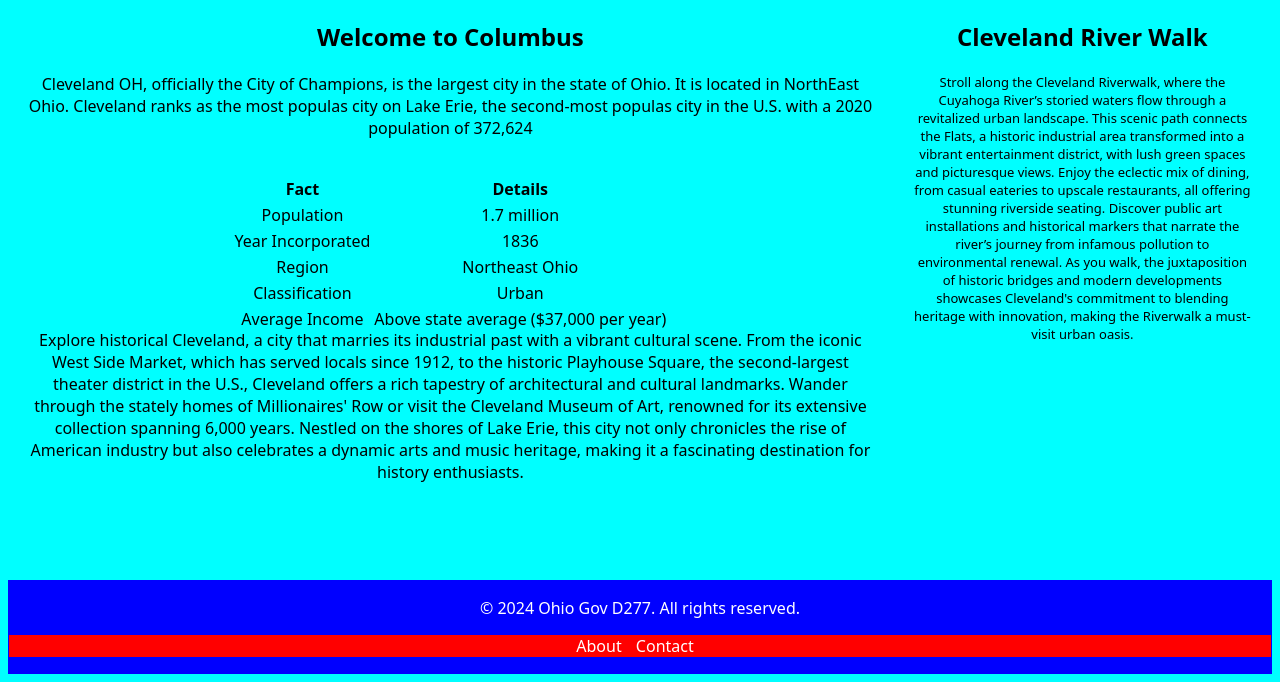
Repository: MikeeBuilds/FEWD-task1
Page: columbus.html
These files come from the project's save history. The page is drawn as it stood at one moment and after the next save; the edit follows.
The browser window is 1280 px wide. The pictures show the part of the page from y = 523 to 1205 px (the page is 1205 px tall).
A picture or video elsewhere on the page could not be fetched, so the positions and the page height are approximate.

Above is the page before, as saved 2024-07-02 16:48:46.

After the next save:
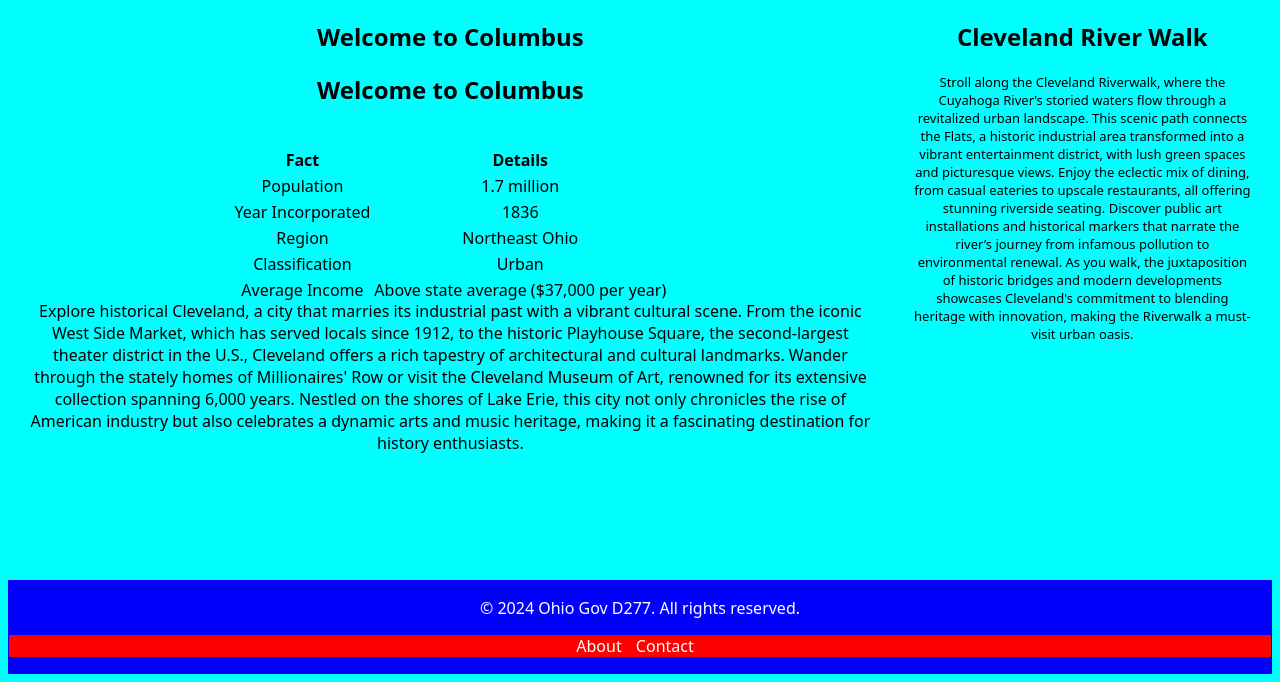
Saved 13 s later.
--- a/columbus.html
+++ b/columbus.html
@@ -25,7 +25,10 @@
     <section>
         <h2>Welcome to Columbus</h2>
         <p>
-            Cleveland OH, officially the City of Champions, is the largest city in the state of Ohio. It is located in NorthEast Ohio. Cleveland ranks as the most populas city on Lake Erie, the second-most populas city in the U.S. with a 2020 population of 372,624
+
+        <h2>Welcome to Columbus</h2>
+        <p>
+
         </p>
 
         <table id="table">
